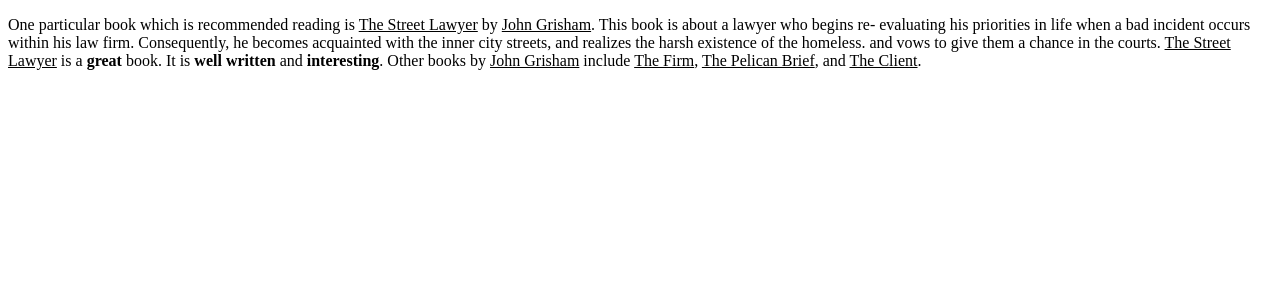
Repository: NguyenPhuSang21023391/HTCNWeb_T1-2
Page: TH_Tuan01/html/bai03.html
The author's editor kept a copy of each file at every save. The page is drawn from the files as they stood at one save, then again after the next save.
The browser window is 1280 px wide. The pictures show the whole page.

Above is the page before, as saved 2023-02-19 15:35:34.

After the next save:
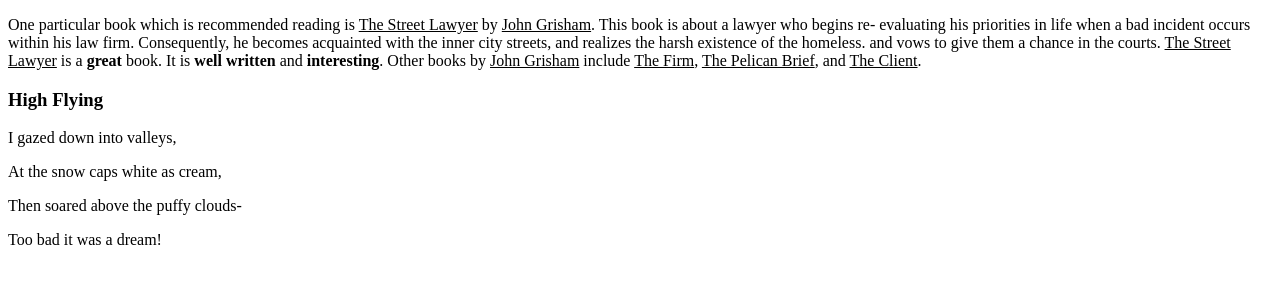
Saved 4 min 57 s later.
--- a/TH_Tuan01/html/bai03.html
+++ b/TH_Tuan01/html/bai03.html
@@ -19,5 +19,11 @@
       <u>John Grisham</u> include <u>The Firm</u>, <u>The Pelican Brief</u>, and
       <u>The Client</u>.
     </p>
+
+    <h3>High Flying</h3>
+    <p style="text-align: left: ;;">I gazed down into valleys,</p>
+    <p style="text-align: left: ;;">At the snow caps white as cream,</p>
+    <p style="text-align: left: ;;">Then soared above the puffy clouds-</p>
+    <p style="text-align: left: ;;">Too bad it was a dream!</p>
   </body>
 </html>
